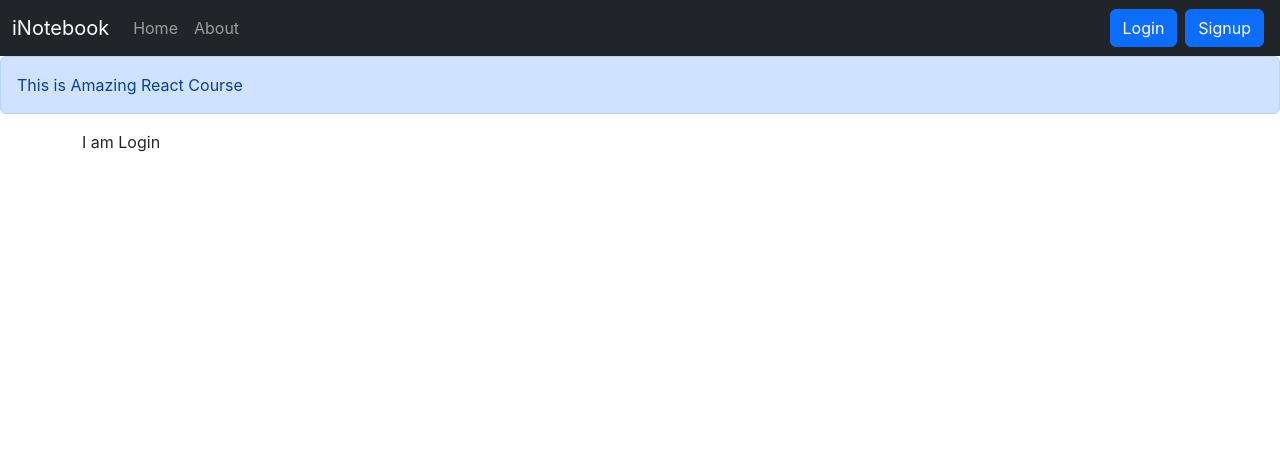
Repository: SatishPatil108/iNotebook-React
Page: /login
The author's editor kept a copy of each file at every save. The page is drawn from the files as they stood at one save, then again after the next save.
The browser window is 1280 px wide. The pictures show the whole page.
Some web libraries are served in a nearby version. The project was rebuilt for these pictures with package versions that can differ from the ones it lists, and the page was loaded fresh each time. Also part of the build but not shown: src/App.css, src/components/AddNote.js, src/components/Noteitem.js, src/components/Notes.js, src/components/Home.js, src/components/About.js, src/components/Signup.js.

Above is the page before, as saved 2022-08-02 13:06:20.

After the next save:
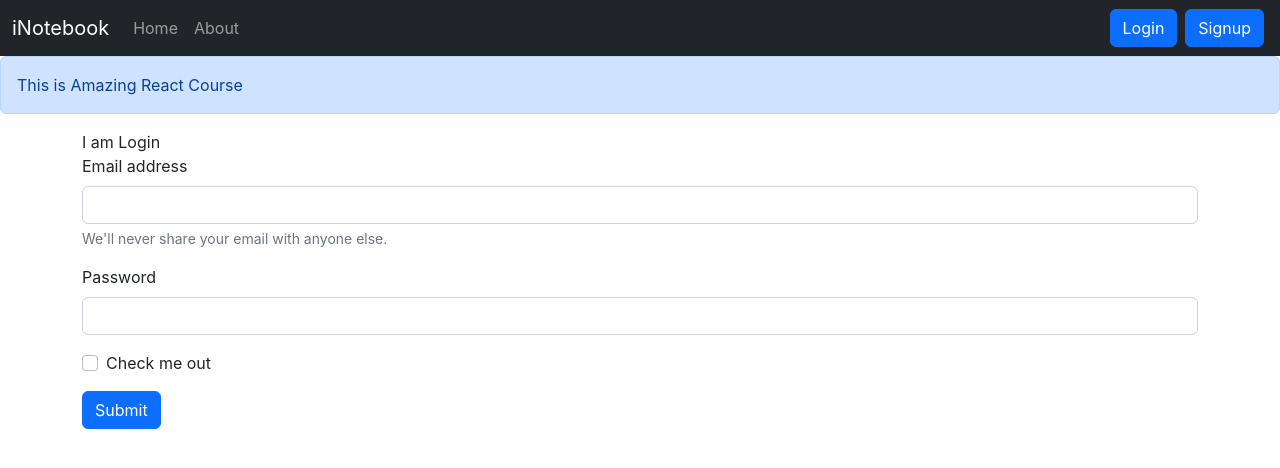
Saved 3 min 51 s later.
--- a/src/components/Login.js
+++ b/src/components/Login.js
@@ -4,6 +4,22 @@ const Login = () => {
     return (
         <div>
             I am Login
+            <form>
+                <div className="mb-3">
+                    <label for="exampleInputEmail1" className="form-label">Email address</label>
+                    <input type="email" className="form-control" id="exampleInputEmail1" aria-describedby="emailHelp" />
+                    <div id="emailHelp" className="form-text">We'll never share your email with anyone else.</div>
+                </div>
+                <div className="mb-3">
+                    <label for="exampleInputPassword1" className="form-label">Password</label>
+                    <input type="password" className="form-control" id="exampleInputPassword1" />
+                </div>
+                <div className="mb-3 form-check">
+                    <input type="checkbox" className="form-check-input" id="exampleCheck1" />
+                    <label className="form-check-label" for="exampleCheck1">Check me out</label>
+                </div>
+                <button type="submit" className="btn btn-primary">Submit</button>
+            </form>
         </div>
     )
 }
